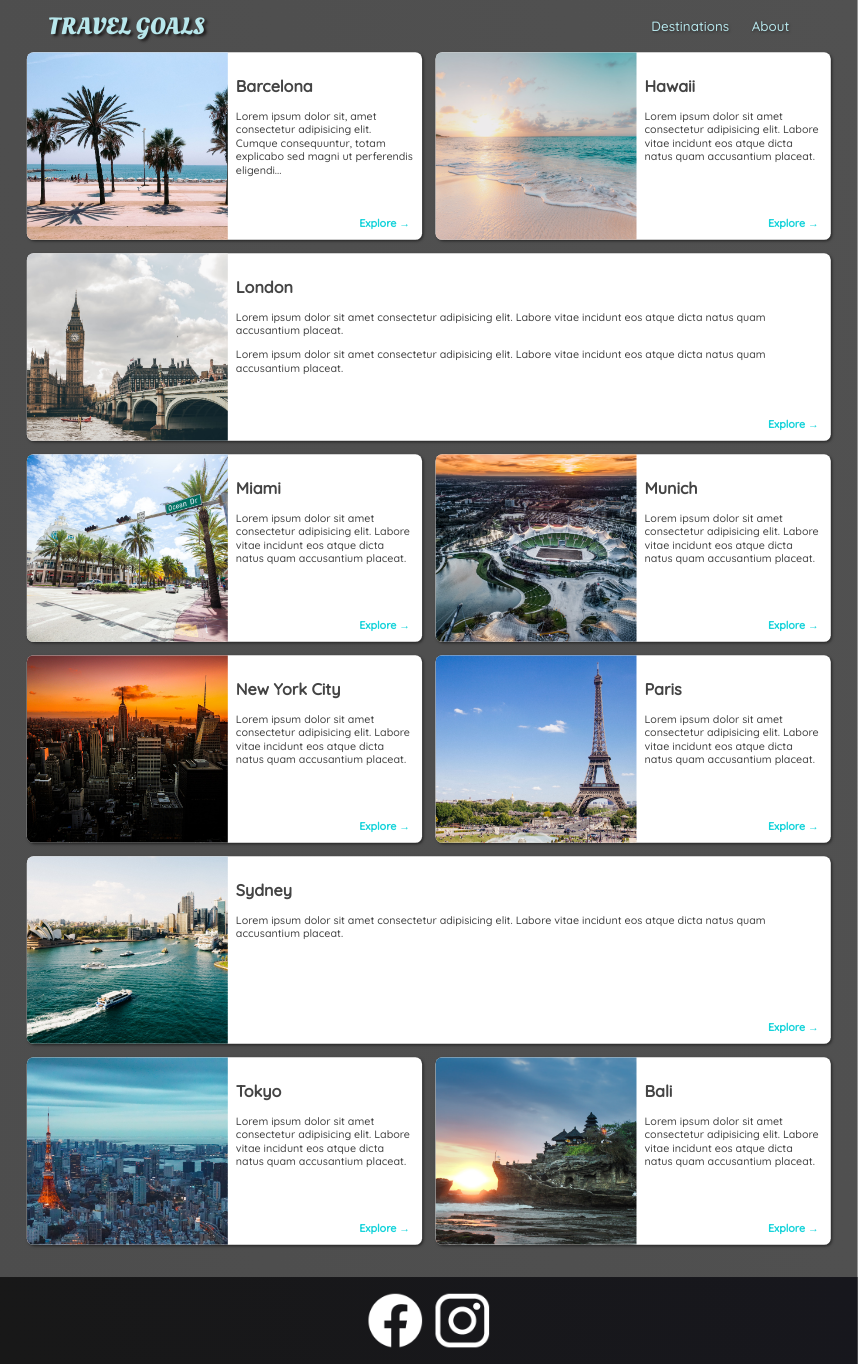
Repository: MicTomm/Travel-Goals
Page: places.html
The author's editor kept a copy of each file at every save. The page is drawn from the files as they stood at one save, then again after the next save.
The browser window is 1280 px wide. The pictures show the whole page, at 67% of full size.

Above is the page before, as saved 2023-06-09 11:55:29.

### places.html
<!DOCTYPE html>
<html lang="it">

<head>
    <meta charset="UTF-8">
    <title>Travel Goals</title>
    <link rel="stylesheet"
        href="https://fonts.googleapis.com/css2?family=Raleway:wght@700&family=Oleo+Script:wght@700&family=Quicksand:wght@300;500&display=swap">
    <link href="/styles/shared.css" rel="stylesheet">
    <link href="/styles/places.css" rel="stylesheet">
</head>

<body>
    <header>
        <div id="logo">
            <a href="/index.html">Travel Goals</a>
        </div>
        <nav>
            <ul>
                <li><a href="/places.html">Destinations</a></li>
                <li><a href="">About</a></li>
            </ul>
        </nav>
    </header>
    <main>
        <ul>
            <li>
                <img src="images/places/barcelona.jpg" alt="Barcelona">
                <div class="item-content">
                    <div>
                        <h2>Barcelona</h2>
                        <p>
                            Lorem ipsum dolor sit, amet consectetur adipisicing elit. Cumque consequuntur, totam
                            explicabo sed magni ut perferendis eligendi...
                        </p>
                    </div>
                    <!--&#x2192 è il codice espresso in esadecimale per creare una right-arrow
                        Il codice unicode per tale carattere è U+2192, dove 219 identifica uno
                        specifico gruppo di arrow e 2 identifica quella con la punta a destra

                        Per generare l'esadecimale basta fare precedere &#x ai codici gruppo caratteri
                        (219) e carattere specifico (2)
                    -->
                    <div class="actions">
                        <a href="https://en.wikipedia.org/wiki/Barcelona">Explore &#x2192</a>
                    </div>
                </div>
            </li>
            <li>
                <img src="images/places/hawaii.jpg" alt="Hawaii beach" />
                <div class="item-content">
                    <div>
                        <h2>Hawaii</h2>
                        <p>
                            Lorem ipsum dolor sit amet consectetur adipisicing elit. Labore
                            vitae incidunt eos atque dicta natus quam accusantium placeat.
                        </p>
                    </div>
                    <div class="actions">
                        <a href="https://en.wikipedia.org/wiki/Hawaii">Explore &#x2192</a>
                    </div>
                </div>
            </li>
            <li>
                <img src="images/places/london.jpg" alt="London city" />
                <div class="item-content">
                    <div>
                        <h2>London</h2>
                        <p>
                            Lorem ipsum dolor sit amet consectetur adipisicing elit. Labore
                            vitae incidunt eos atque dicta natus quam accusantium placeat.
                        </p>
                        <p>
                            Lorem ipsum dolor sit amet consectetur adipisicing elit. Labore
                            vitae incidunt eos atque dicta natus quam accusantium placeat.
                        </p>
                    </div>
                    <div class="actions">
                        <a href="https://en.wikipedia.org/wiki/London">Explore &#x2192</a>
                    </div>
                </div>
            </li>
            <li>
                <img src="images/places/miami.jpg" alt="Miami streets" />
                <div class="item-content">
                    <div>
                        <h2>Miami</h2>
                        <p>
                            Lorem ipsum dolor sit amet consectetur adipisicing elit. Labore
                            vitae incidunt eos atque dicta natus quam accusantium placeat.
                        </p>
                    </div>
                    <div class="actions">
                        <a href="https://en.wikipedia.org/wiki/Miami">Explore &#x2192</a>
                    </div>
                </div>
            </li>
            <li>
                <img src="images/places/munich.jpg" alt="Munich football stadium" />
                <div class="item-content">
                    <div>
                        <h2>Munich</h2>
                        <p>
                            Lorem ipsum dolor sit amet consectetur adipisicing elit. Labore
                            vitae incidunt eos atque dicta natus quam accusantium placeat.
                        </p>
                    </div>
                    <div class="actions">
                        <a href="https://en.wikipedia.org/wiki/Munich">Explore &#x2192</a>
                    </div>
                </div>
            </li>
            <li>
                <img src="images/places/new-york-city.jpg" alt="New York City skyline" />
                <div class="item-content">
                    <div>
                        <h2>New York City</h2>
                        <p>
                            Lorem ipsum dolor sit amet consectetur adipisicing elit. Labore
                            vitae incidunt eos atque dicta natus quam accusantium placeat.
                        </p>
                    </div>
                    <div class="actions">
                        <a href="https://en.wikipedia.org/wiki/New_York_City">Explore &#x2192</a>
                    </div>
                </div>
            </li>
            <li>
                <img src="images/places/paris.jpg" alt="Paris city" />
                <div class="item-content">
                    <div>
                        <h2>Paris</h2>
                        <p>
                            Lorem ipsum dolor sit amet consectetur adipisicing elit. Labore
                            vitae incidunt eos atque dicta natus quam accusantium placeat.
                        </p>
                    </div>
                    <div class="actions">
                        <a href="https://en.wikipedia.org/wiki/Paris">Explore &#x2192</a>
                    </div>
                </div>
            </li>
            <li>
                <img src="images/places/sydney.jpg" alt="Sydney beach" />
                <div class="item-content">
                    <div>
                        <h2>Sydney</h2>
                        <p>
                            Lorem ipsum dolor sit amet consectetur adipisicing elit. Labore
                            vitae incidunt eos atque dicta natus quam accusantium placeat.
                        </p>
                    </div>
                    <div class="actions">
                        <a href="https://en.wikipedia.org/wiki/Sydney">Explore &#x2192</a>
                    </div>
                </div>
            </li>
            <li>
                <img src="images/places/tokyo.jpg" alt="Tokyo skyline" />
                <div class="item-content">
                    <div>
                        <h2>Tokyo</h2>
                        <p>
                            Lorem ipsum dolor sit amet consectetur adipisicing elit. Labore
                            vitae incidunt eos atque dicta natus quam accusantium placeat.
                        </p>
                    </div>
                    <div class="actions">
                        <a href="https://en.wikipedia.org/wiki/Tokyo">Explore &#x2192</a>
                    </div>
                </div>
            </li>
            <li>
                <img src="images/places/bali.jpg" alt="Bali beach" />
                <div class="item-content">
                    <div>
                        <h2>Bali</h2>
                        <p>
                            Lorem ipsum dolor sit amet consectetur adipisicing elit. Labore
                            vitae incidunt eos atque dicta natus quam accusantium placeat.
                        </p>
                    </div>
                    <div class="actions">
                        <a href="https://en.wikipedia.org/wiki/Bali">Explore &#x2192</a>
                    </div>
                </div>
            </li>
        </ul>
    </main>
    <footer>
        <ul>
            <li>
                <a href="https://www.facebook.com/" title="facebook">
                    <img src="/images/icons/facebook.png" alt="facebook-icon">
                </a>
            </li>
            <li>
                <a href="https://www.instagram.com/" title="instagram">
                    <img src="/images/icons/insta.png" alt="instagram-icon">
                </a>
            </li>
    </footer>
</body>

</html>

### styles/shared.css
body {
    margin: 0px;
    font-family: 'Quicksand', sans-serif;
}

ul {
    list-style: none;
    padding: 0px;
    margin: 0px;
}

header {
    display: flex;
    justify-content: space-between;
    align-items: center;
    padding: 15px 60px;
    position: absolute;
    width: 100%;
    top: 0;
    left: 0;
    box-sizing: border-box;
}

header ul {
    margin: 10px;
    display: flex;
    justify-content: space-between;
    width: 250px;
}

header li {
    width: 100px;
}

header a {
    color: yellow;
    text-decoration: none;
    font-size: 20px;
    padding: 12px;
    text-shadow: 1px 1px 4px rgba(0, 0, 0, 0.5);
}

header nav a:hover {
    background-color: yellow;
    box-shadow: 1px 1px 2px rgba(0, 0, 0, 0.5);
    color: rgb(67, 60, 60);
    border-radius: 8px;
}

footer{
    background: linear-gradient(70deg, rgb(24, 24, 24), rgb(23, 23, 29));
    padding: 25px;
}

footer ul{
    display: flex;
    justify-content: center;
}

footer li{
    width: 80px;
    height: 80px;
    margin: 0px 10px;
}

footer img{
    width: 100%;
    height: 100%;
}

#logo a {
    font-family: 'Oleo script', sans-serif;
    font-size: 35px;
    text-decoration: none;
    color: rgb(237, 237, 70);
    text-shadow: 4px 4px 4px rgb(31, 29, 29);
    text-transform: uppercase;
}

### styles/places.css
body {
    background: linear-gradient(77deg, rgb(77, 77, 77), rgb(81, 81, 81));
    color: rgb(68, 68, 68);
}

/*
    position: static sovrascrive il comportamento impostato per l'header nel file shared.css, al fine
    di evitare la sovrapposizione delle prime card sull'header
*/
header {
    position: static;
}

main ul {
    width: 1200px;
    margin: 0 auto 48px auto;
    display: grid;
    grid-template-columns: 1fr 1fr;
    gap: 20px 20px;
}

main li {
    display: flex;
    background-color: white;
    border-radius: 10px;
    overflow: hidden;
    box-shadow: 2px 2px 4px rgba(0, 0, 0, 0.5);
}

/*questo tipo di selettore si chiama pseudoelemento*/
main li:nth-of-type(3),
main li:nth-of-type(8){
    grid-column: 1 / span 2;
}

main li img {
    height: 280px;
    width: 300px;
    object-fit: cover;
}

/*card-content*/
.item-content{
    margin: 0px 12px;
    padding: 15px 0px;
    display: flex;
    flex-direction: column;
    justify-content: space-between;

}

/*card "explore link"*/
.actions{
    text-align: right;
}

.actions a{
    text-decoration: none;
    color: rgb(22, 211, 218);
    border-radius: 8px;
    box-shadow: 2px, 2px, 4px, black;
    padding:6px;
    font-weight: 600;
}

.actions a:hover{
    text-shadow: 1px 1px 2px  rgb(6, 150, 155) ;
    background-color:rgb(227, 251, 251);
}

header a{
    color: rgb(183, 230, 235);
}

header nav a:hover{
    background-color: rgb(59, 59, 59);
    color: rgb(228, 242, 243);
}

#logo a{
    color: rgb(183, 230, 235);
}

After the next save:
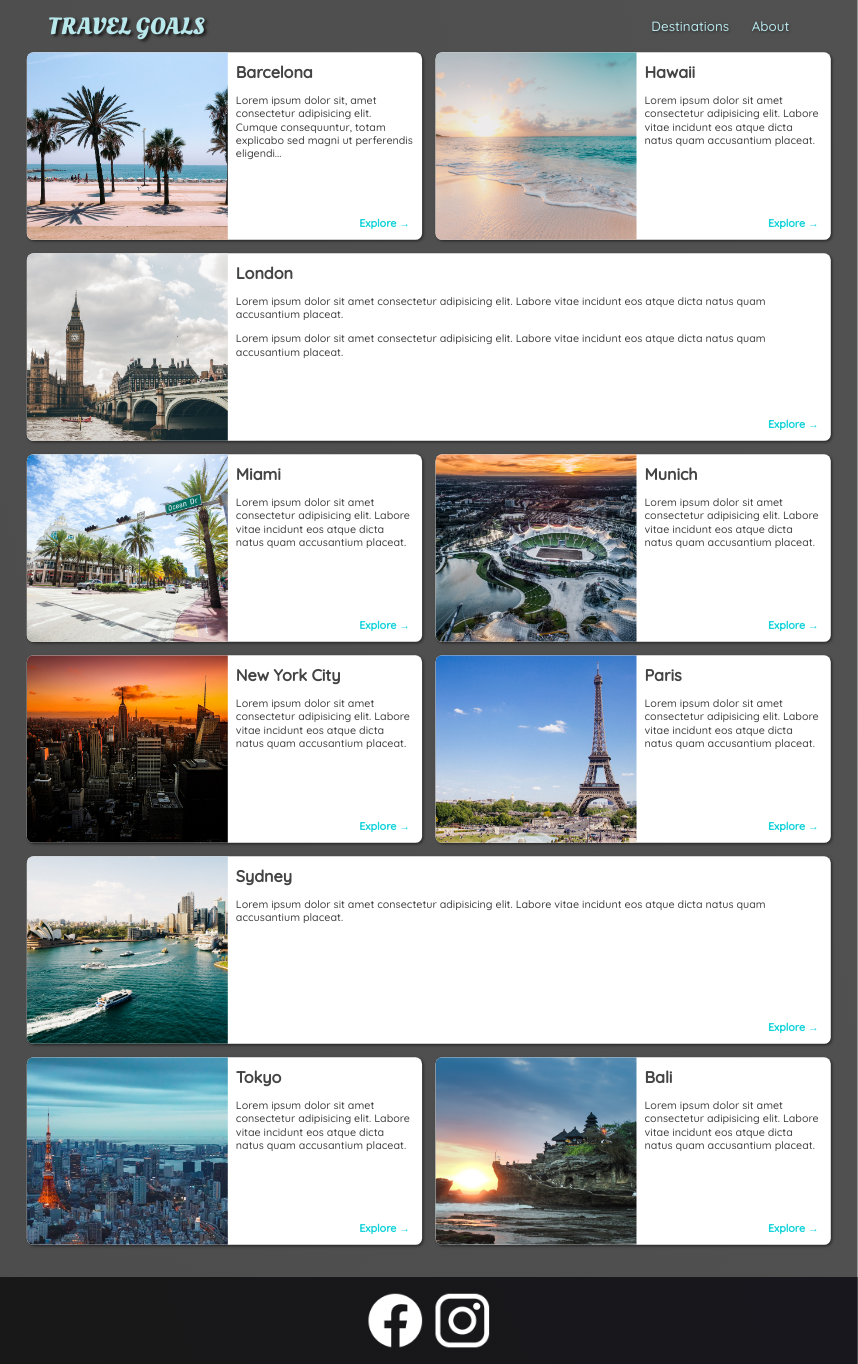
Saved 2 min 38 s later.
--- a/styles/places.css
+++ b/styles/places.css
@@ -4,11 +4,24 @@ body {
 }
 
 /*
-    position: static sovrascrive il comportamento impostato per l'header nel file shared.css, al fine
-    di evitare la sovrapposizione delle prime card sull'header
+position: static sovrascrive il comportamento impostato per l'header nel file shared.css, al fine
+di evitare la sovrapposizione delle prime card sull'header
 */
 header {
     position: static;
+}
+
+header a{
+    color: rgb(183, 230, 235);
+}
+
+header nav a:hover{
+    background-color: rgb(59, 59, 59);
+    color: rgb(228, 242, 243);
+}
+
+#logo a{
+    color: rgb(183, 230, 235);
 }
 
 main ul {
@@ -49,6 +62,10 @@ main li img {
 
 }
 
+.item-content h2{
+    margin: 0;
+}
+
 /*card "explore link"*/
 .actions{
     text-align: right;
@@ -67,16 +84,3 @@ main li img {
     text-shadow: 1px 1px 2px  rgb(6, 150, 155) ;
     background-color:rgb(227, 251, 251);
 }
-
-header a{
-    color: rgb(183, 230, 235);
-}
-
-header nav a:hover{
-    background-color: rgb(59, 59, 59);
-    color: rgb(228, 242, 243);
-}
-
-#logo a{
-    color: rgb(183, 230, 235);
-}
